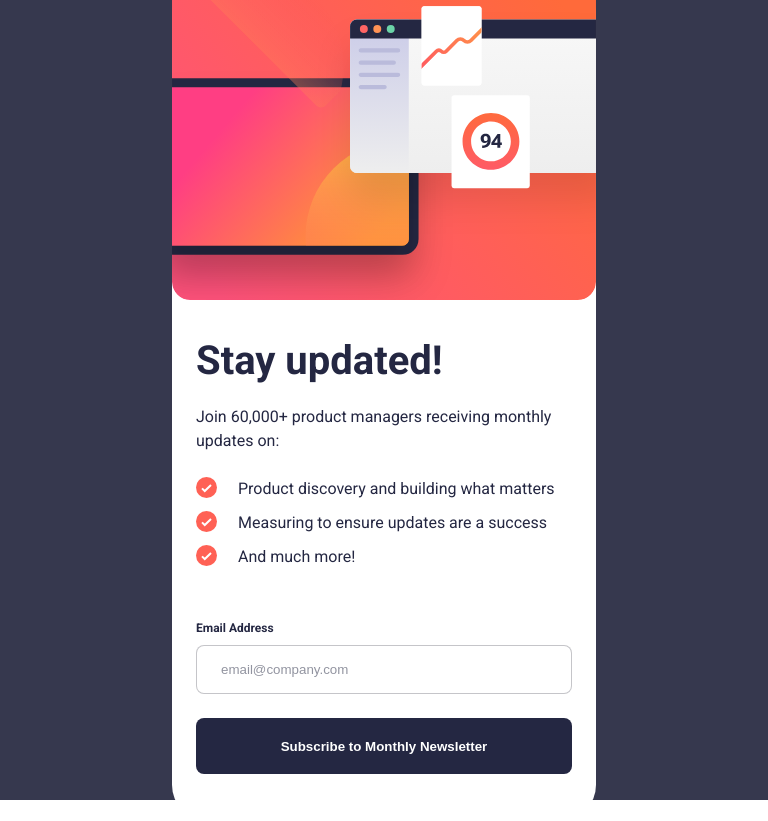
Repository: brandontaylor1/newsletter-signup
Page: index.html
These files come from the project's save history. The page is drawn as it stood at one moment and after the next save; the edit follows.
The browser window is 768 px wide. The pictures show the whole page.

Above is the page before, as saved 2025-01-19 23:58:53.

After the next save:
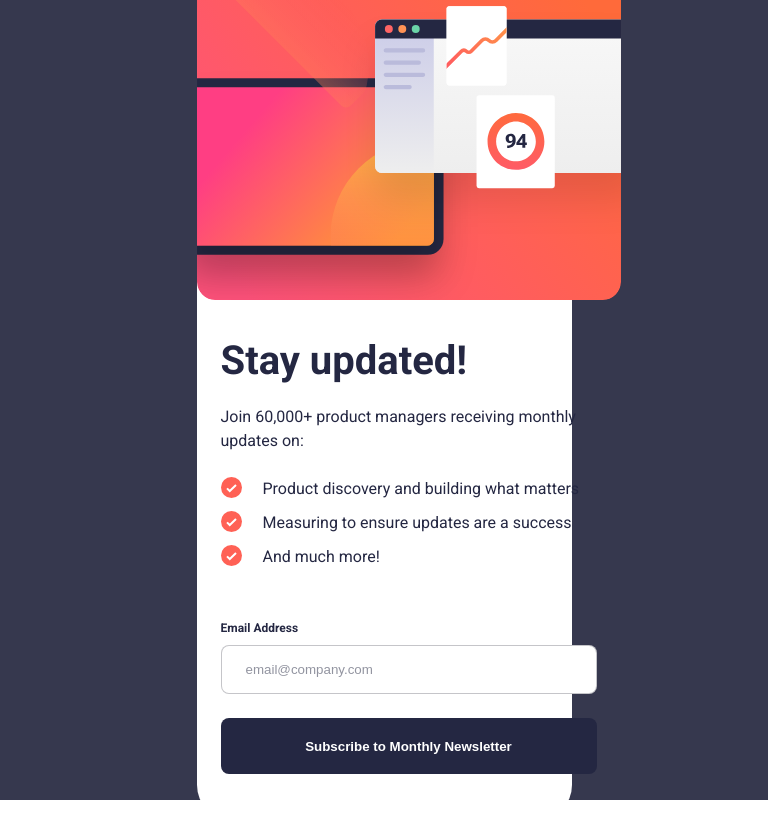
Saved 8 h 53 min later.
--- a/styles.css
+++ b/styles.css
@@ -201,7 +201,7 @@ label {
 
     .card {
         padding: 0;
-        width: auto;
+        width: 375px;
         height: 842px;
     }
 
